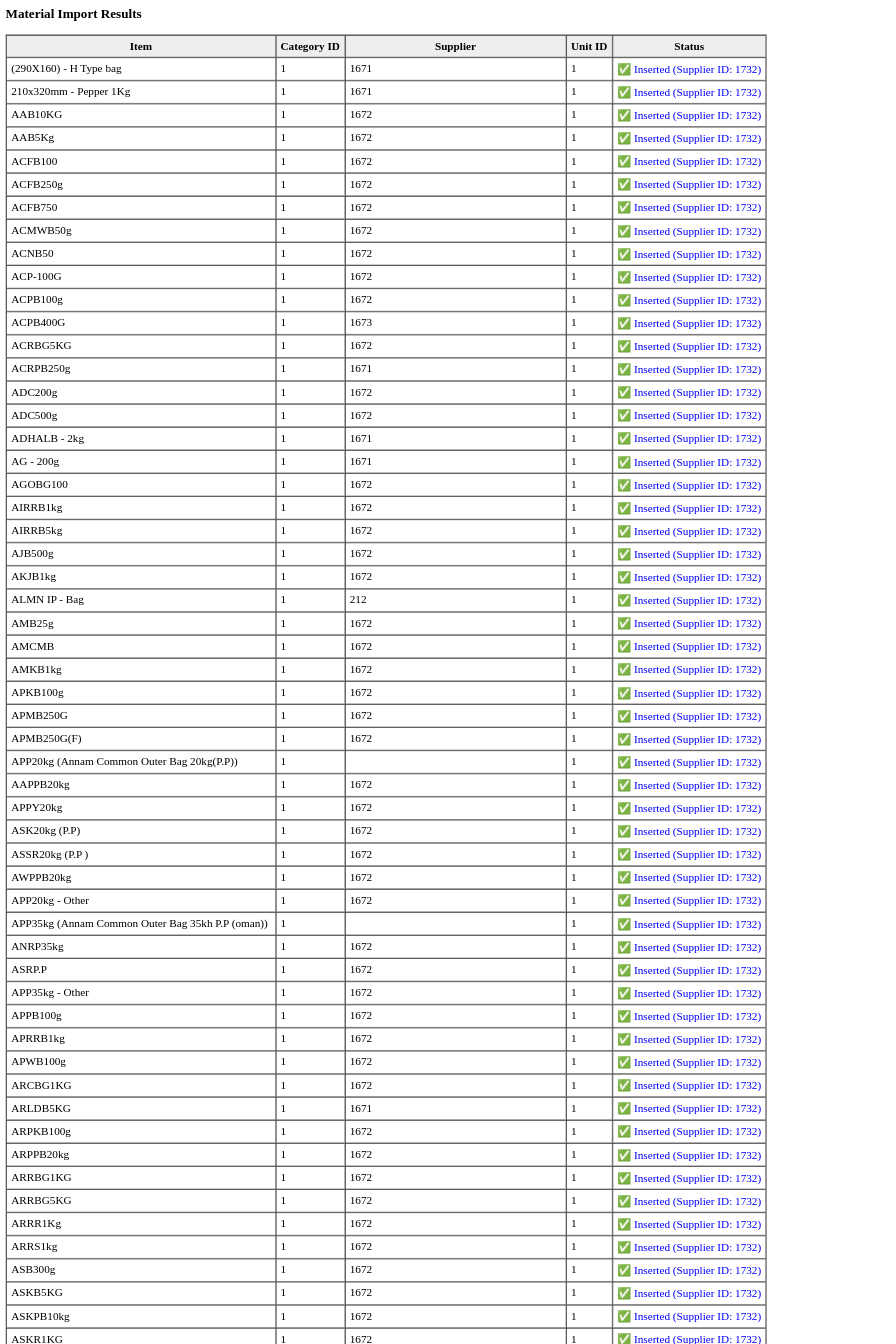
Repository: Asela054/TransFood
Page: http://localhost/database/itemlist.php
These files come from the project's save history. The page is drawn as it stood at one moment and after the next save; the edit follows.
The browser window is 1280 px wide. The pictures show the part of the page from y = 0 to 1920 px (the page is 75892 px tall before and 117238 px after), at 70% of full size.
The page is run by PHP 8.4 with error messages shown; the project is at /var/www/html/. Queries for data that is not in the repository find no rows.

Above is the page before, as saved 2025-10-29 11:12:09.

After the next save:
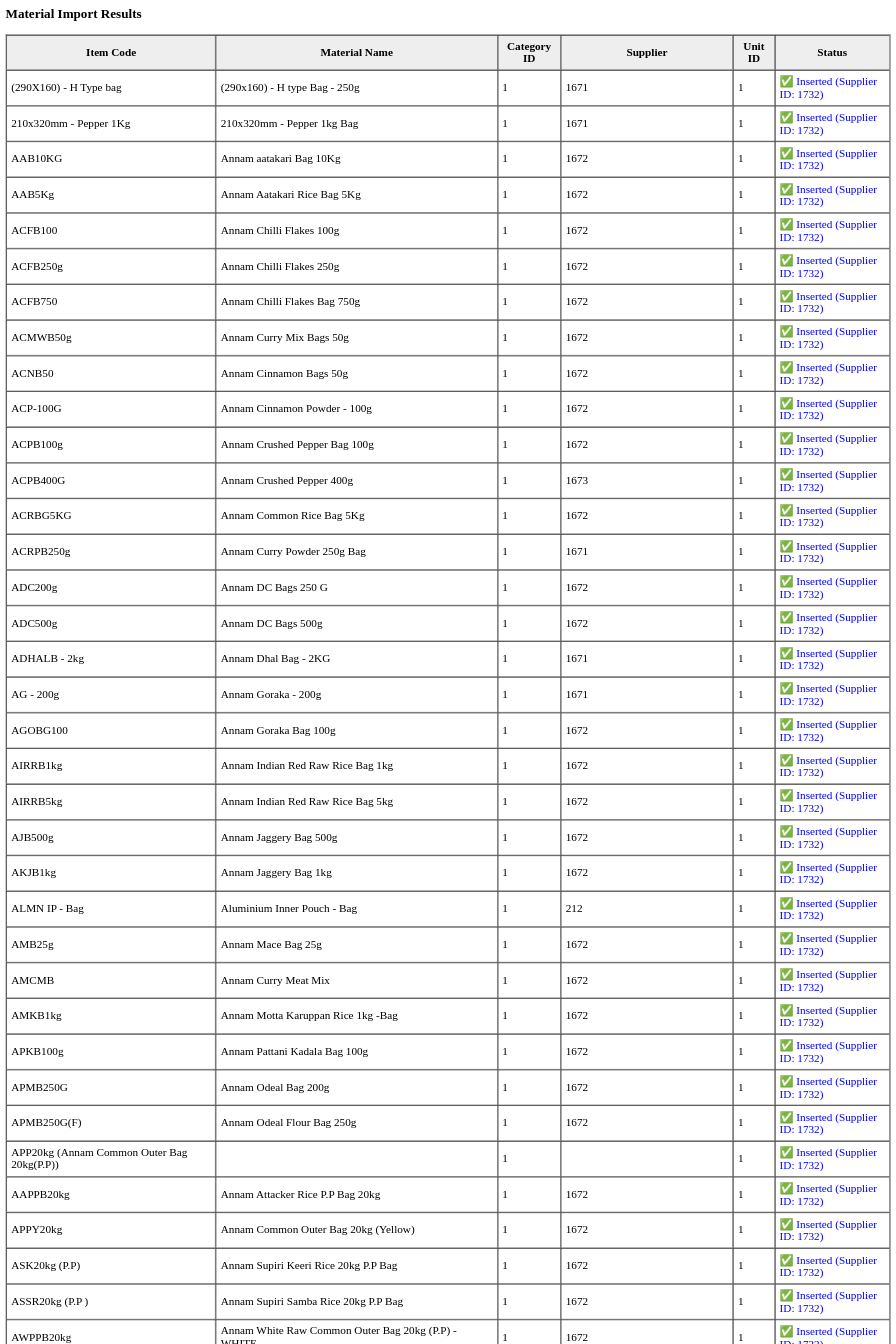
Saved 4 min 1 s later.
--- a/itemlist.php
+++ b/itemlist.php
@@ -31,7 +31,8 @@
     echo "<h3>Material Import Results</h3>";
     echo "<table border='1' cellpadding='6' cellspacing='0'>
             <tr style='background:#eee;'>
-                <th>Item</th>
+                <th>Item Code</th>
+                <th>Material Name</th>
                 <th>Category ID</th>
                 <th>Supplier</th>
                 <th>Unit ID</th>
@@ -44,13 +45,13 @@
         if (count($data) < 5) continue; // skip incomplete rows
         $rowCount++;
 
-        $categoryId      = trim($data[0]); // directly from CSV
-        $itemName        = trim($data[1]);
-        $itemDescription = trim($data[2]);
-        $prefVendor      = trim($data[3]);
-        $unitId          = trim($data[4]); // directly from CSV
+        $categoryId    = trim($data[0]);
+        $itemCode      = trim($data[1]);
+        $materialName  = trim($data[2]);
+        $prefVendor    = trim($data[3]);
+        $unitId        = trim($data[4]);
 
-        if ($itemName == '') continue; // skip empty item names
+        if ($itemCode == '') continue; // skip empty codes
 
         // ---------- SUPPLIER ----------
         $supplierId = $defaultSupplierId;
@@ -67,12 +68,12 @@
 
         // ---------- CHECK CATEGORY & UNIT ----------
         if (!$categoryId) {
-            echo "<tr><td>$itemName</td><td>$categoryId</td><td>$prefVendor</td><td>$unitId</td><td style='color:red;'>❌ Category ID missing</td></tr>";
+            echo "<tr><td>$itemCode</td><td>$materialName</td><td>$categoryId</td><td>$prefVendor</td><td>$unitId</td><td style='color:red;'>❌ Category ID missing</td></tr>";
             continue;
         }
 
         if (!$unitId) {
-            echo "<tr><td>$itemName</td><td>$categoryId</td><td>$prefVendor</td><td>$unitId</td><td style='color:red;'>❌ Unit ID missing</td></tr>";
+            echo "<tr><td>$itemCode</td><td>$materialName</td><td>$categoryId</td><td>$prefVendor</td><td>$unitId</td><td style='color:red;'>❌ Unit ID missing</td></tr>";
             continue;
         }
 
@@ -80,9 +81,11 @@
         $insertMaterial = $conn->prepare("
             INSERT INTO tbl_material_info
             (materialname, materialinfocode, unitperctn, reorderlevel, comment, status, insertdatetime, tbl_user_idtbl_user, tbl_material_category_idtbl_material_category, tbl_unit_idtbl_unit)
-            VALUES (?, '', 0, 0, ?, 1, NOW(), ?, ?, ?)
+            VALUES (?, ?, 0, 0, '', 1, NOW(), ?, ?, ?)
         ");
-        $insertMaterial->bind_param("ssiii", $itemName, $itemDescription, $userId, $categoryId, $unitId);
+
+        // If material name is empty, insert empty string
+        $insertMaterial->bind_param("ssiii", $materialName, $itemCode, $userId, $categoryId, $unitId);
 
         if ($insertMaterial->execute()) {
             $materialId = $insertMaterial->insert_id;
@@ -97,16 +100,16 @@
             $insertSupplier->execute();
             $insertSupplier->close();
 
-            echo "<tr><td>$itemName</td><td>$categoryId</td><td>$prefVendor</td><td>$unitId</td><td style='color:blue;'>✅ Inserted (Supplier ID: $supplierId)</td></tr>";
+            echo "<tr><td>$itemCode</td><td>$materialName</td><td>$categoryId</td><td>$prefVendor</td><td>$unitId</td><td style='color:blue;'>✅ Inserted (Supplier ID: $supplierId)</td></tr>";
         } else {
-            echo "<tr><td>$itemName</td><td>$categoryId</td><td>$prefVendor</td><td>$unitId</td><td style='color:red;'>❌ Insert Failed</td></tr>";
+            echo "<tr><td>$itemCode</td><td>$materialName</td><td>$categoryId</td><td>$prefVendor</td><td>$unitId</td><td style='color:red;'>❌ Insert Failed</td></tr>";
         }
 
         $insertMaterial->close();
     }
 
     if ($rowCount === 0) {
-        echo "<tr><td colspan='5' style='color:red;'>⚠️ No rows found in CSV file. Please check delimiter (tab/comma).</td></tr>";
+        echo "<tr><td colspan='6' style='color:red;'>⚠️ No rows found in CSV file. Please check delimiter (tab/comma).</td></tr>";
     }
 
     echo "</table>";
